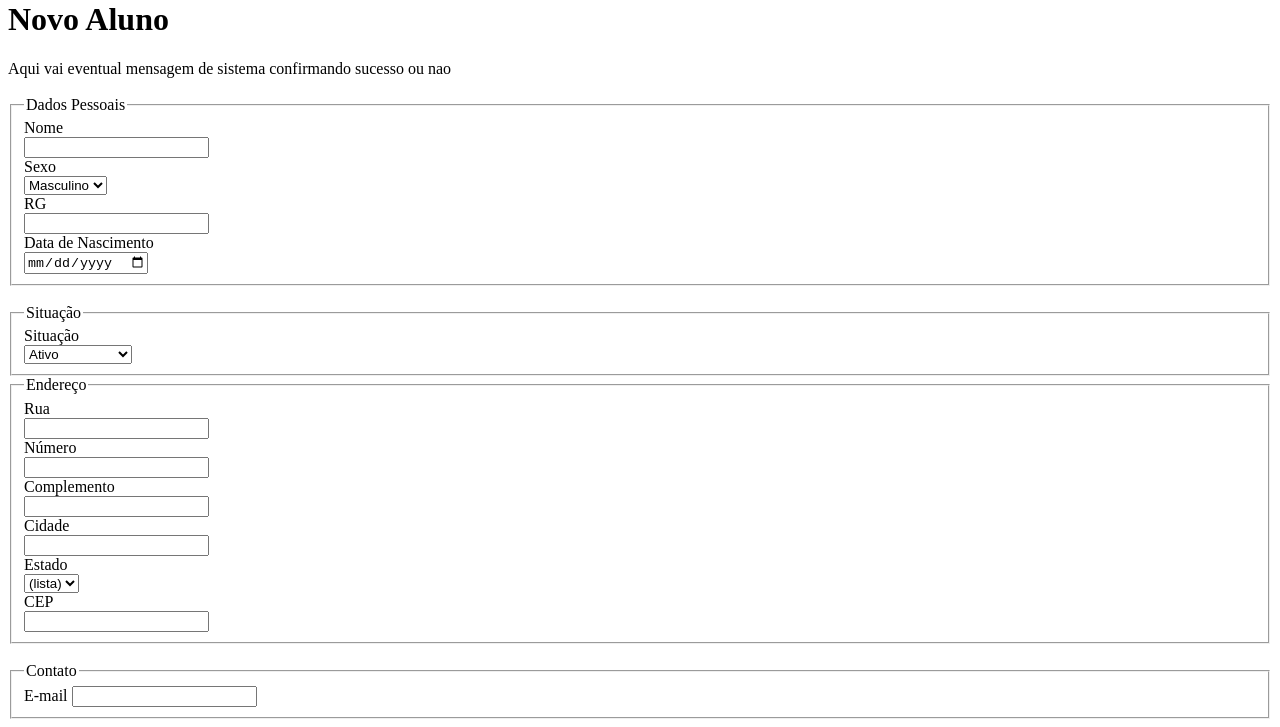
Repository: fabiodaemon/Loucademia
Page: Loucademia/WebContent/WEB-INF/novoAluno.html
An editor plug-in stored every save of this project. The page is shown before and after the next save, followed by the edit.
The browser window is 1280 px wide. The pictures show the part of the page from y = 422 to 1191 px (the page is 1149 px tall before and 1191 px after).
A picture or video elsewhere on the page could not be fetched, so the positions and the page height are approximate.

Above is the page before, as saved 2019-01-27 22:26:10.

### Loucademia/WebContent/WEB-INF/novoAluno.html
<!-- Cabeçalho - Início -->
<!DOCTYPE html>
	<head>
		<meta charset="utf-8">
		<title>Loucademia</title>
	</head>
	<body>
		<header>
			<img src="images/logo-saimoveis.jpg">
			<nav>
				<div>
					<a href="novoAluno.html">Novo Aluno</a><br>
					<a href="pesquisaDeAluno.html">Pesquisa de Aluno</a><br>
					<a href="controleDeAcesso.html">Controle de Acesso</a><br>
					<a href="relatoriosDeEntradaSaída.html">Relatórios de Entradas e Saídas</a><br>
					<a href="relatoriosDeSituacoes.html">Relatórios de Situações</a><br>
				</div>
			</nav>
		</header>
<!-- Cabeçalho - Fim -->

	<h1>Novo Aluno</h1>

	<div id="infoMessage"> Aqui vai eventual mensagem de sistema confirmando sucesso ou nao</div>

	<br>

	<form>

		<fieldset>
		<legend>Dados Pessoais</legend>

			<label for="nome">Nome</label> <br>
			<input type="text" name="nome" id="nome"><br>

			<label for="sexo">Sexo</label><br>
			<select name="sexo" id="sexo">
				<option>Masculino</option>
				<option>Feminino</option>
			</select><br>

			<label for="rg">RG</label> <br>
			<input type="text" name="rg" id="rg"><br>

			<label for="datadenascimento">Data de Nascimento</label> <br>
			<input type="date" name="datadenascimento" id="datadenascimento">

		</fieldset>

		<br>

		<fieldset>
			<legend>Situação</legend>

			<label for="situacao">Situação</label><br>
			<select name="situacao" id="situacao">
				<option>Ativo</option>
				<option>Inativo</option>
				<option>Em pendência</option>
			</select>
		</fieldset>

		<fieldset>
			<legend>Endereço</legend>

			<label for="rua">Rua</label><br>
			<input type="text" name="rua" id="rua"><br>

			<label for="rua">Número</label><br>
			<input type="text" name="numero" id="numero"><br>

			<label for="complemento">Complemento</label><br>
			<input type="text" name="complemento" id="complemento"><br>

			<label for="cidade">Cidade</label><br>
			<input type="text" name="cidade" id="cidade"><br>

			<label for="estado">Estado</label><br>
				<select name="estado" id="estado>">
					<option>(lista)</option>
				</select><br>

			<label for="cep">CEP</label><br>
			<input type="text" name="cep" id="cep"><br>

		</fieldset><br>


		<fieldset>
			<legend>Contato</legend>

			<label for="email">E-mail</label>
			<input type="email" name="email" id="email"><br>


		</fieldset>

	</form>

<!-- Rodapé - Início -->
</body>
</html>
<!-- Rodapé - Fim -->

After the next save:
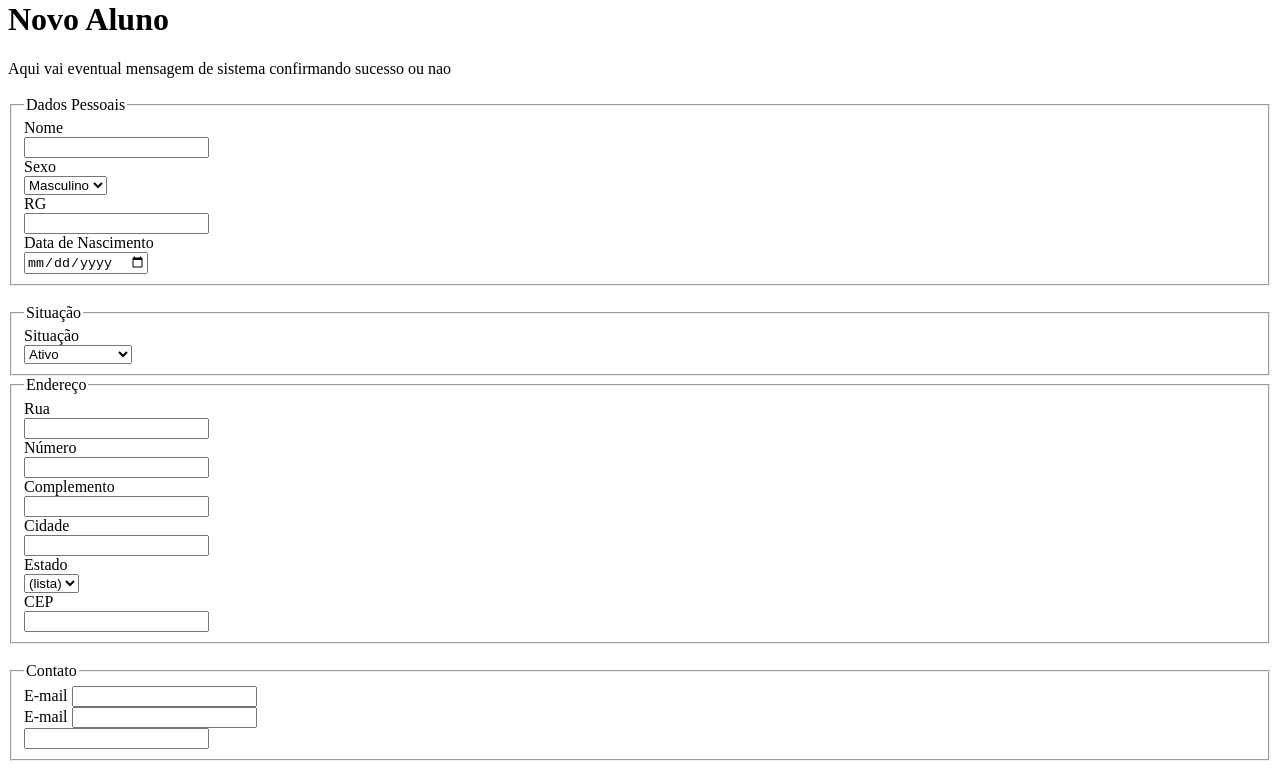
Saved 73 s later.
--- a/Loucademia/WebContent/WEB-INF/novoAluno.html
+++ b/Loucademia/WebContent/WEB-INF/novoAluno.html
@@ -92,6 +92,9 @@
 			<label for="email">E-mail</label>
 			<input type="email" name="email" id="email"><br>
 
+			<label for="email">E-mail</label>
+			<input type="text" name="telefoneCelularDDD" id="telefoneCelularDDD"><br>
+			<input type="text" name="telefoneCelularNumero" id="telefoneCelularNumero"><br>
 
 		</fieldset>
 
